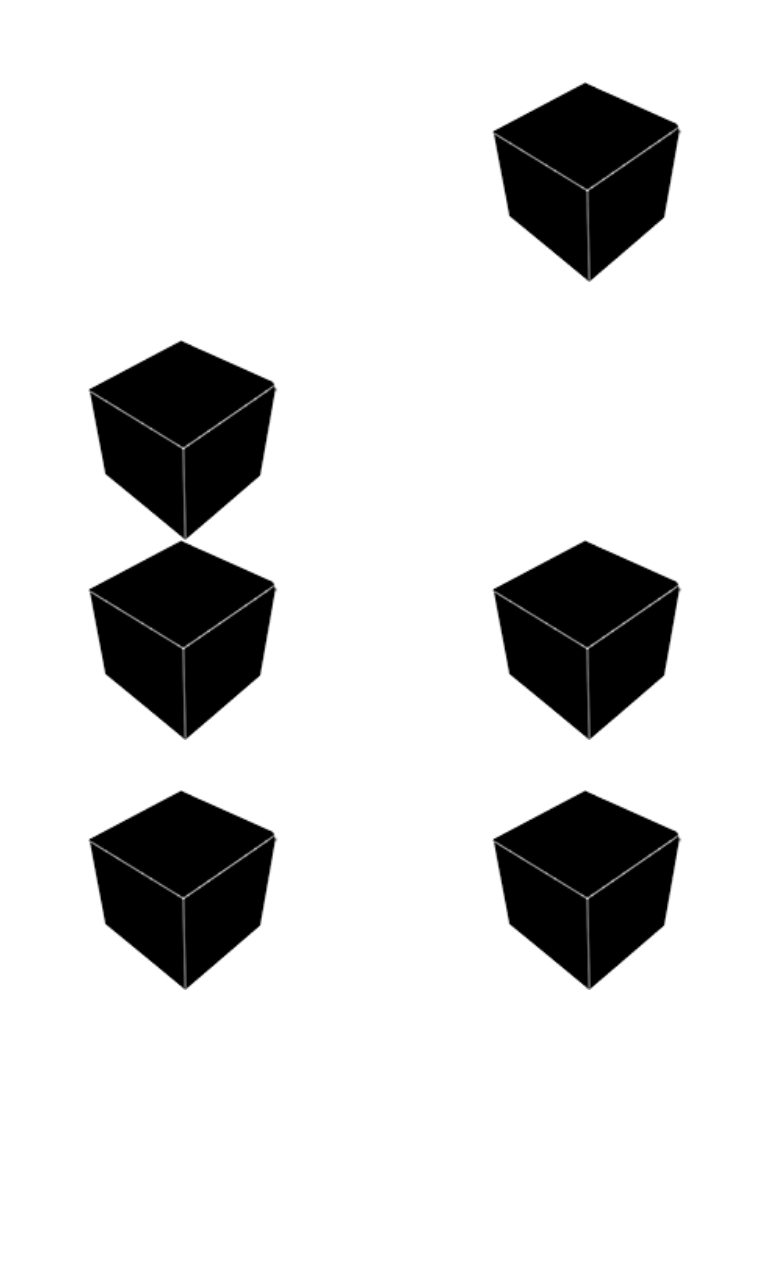
Repository: DSKarramba/university
Layout: models_and_methods_ICS/lab_01/code/calc/res/layout/activity_main.xml
An editor plug-in stored every save of this project. The layout is shown before and after the next save, followed by the edit.
It is drawn on a 768 x 1280 px phone screen (xhdpi) without system bars, with theme AppTheme; the app's code is not run.

Above is the layout before, as saved 2014-12-11 03:38:53.

After the next save:
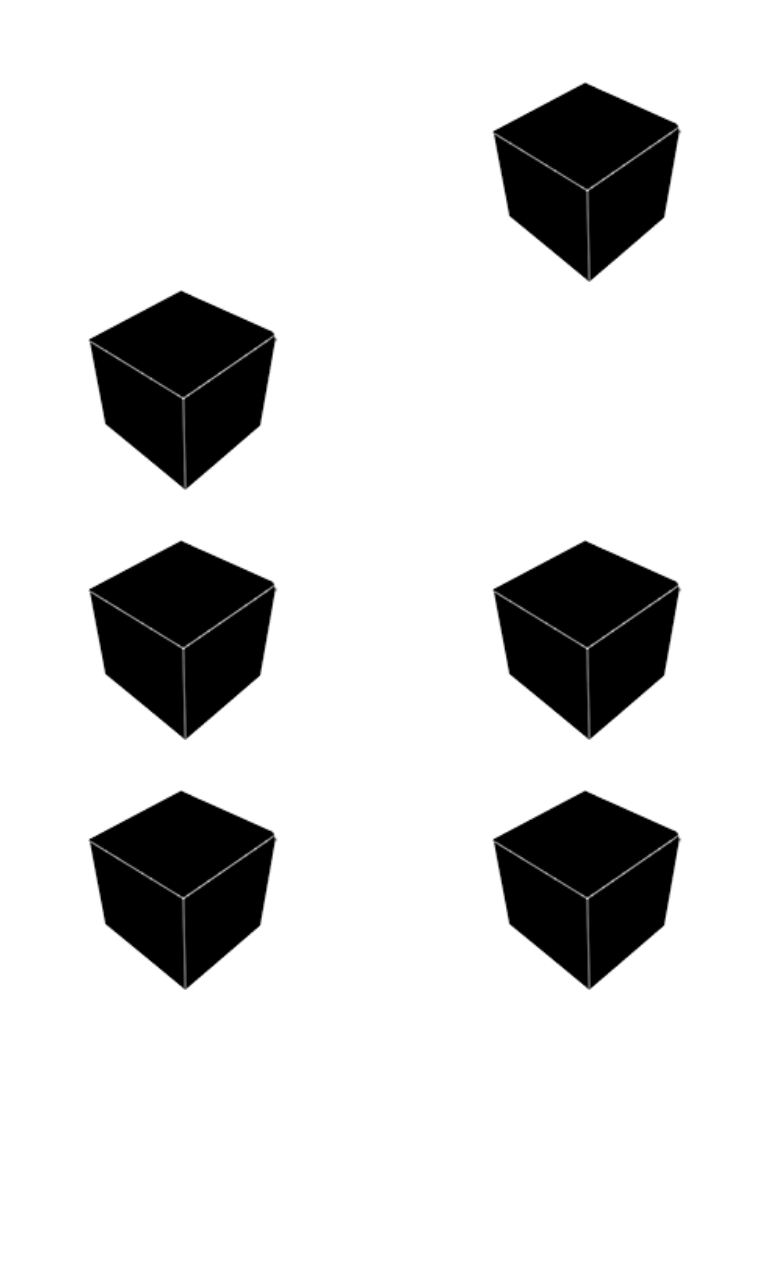
Saved 13 s later.
--- a/models_and_methods_ICS/lab_01/code/calc/res/layout/activity_main.xml
+++ b/models_and_methods_ICS/lab_01/code/calc/res/layout/activity_main.xml
@@ -16,7 +16,7 @@
         android:layout_alignParentLeft="true"
         android:layout_above="@+id/img3"
         android:layout_marginLeft="25dp"
-        android:layout_marginTop="25dp"
+        android:layout_marginBottom="25dp"
         android:background="@android:color/transparent"
         android:contentDescription="@string/str_box"
         android:scaleType="fitCenter"
